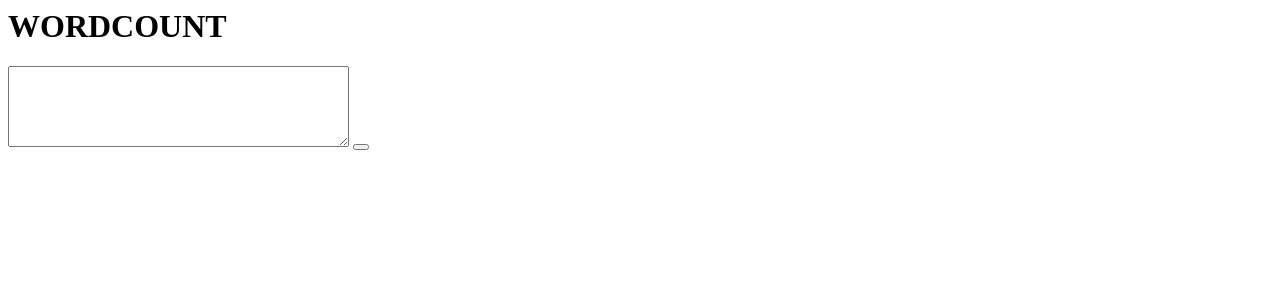
Repository: randysteele/wordcount
Page: http://localhost/
An editor plug-in stored every save of this project. The page is shown before and after the next save, followed by the edit.
The browser window is 1280 px wide. The pictures show the whole page.
The page is served by the project's application, run on Django 2.2 (manage.py).

Above is the page before, as saved 2021-03-12 15:02:03.

After the next save:
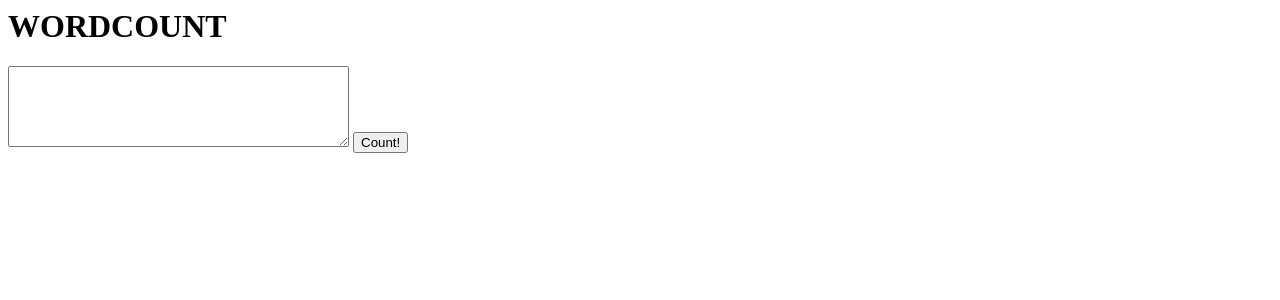
Saved 72 s later.
--- a/templates/home.html
+++ b/templates/home.html
@@ -2,5 +2,5 @@
 
 <form action="">
     <textarea cols="40" rows="5" name="fulltext"></textarea>
-    <button></button>
+    <input type='submit' value="Count!"/>
 </form>
